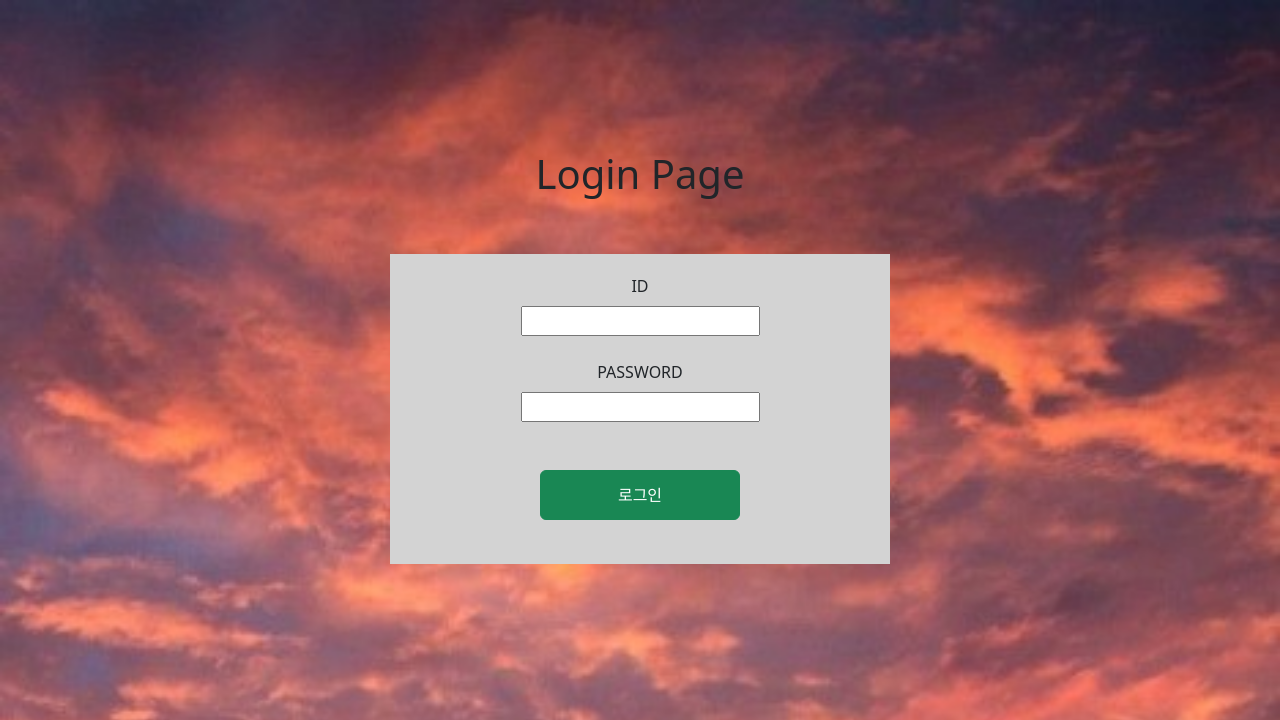
Repository: doridori890130/JSP
Page: http://localhost/jsp_project/mem/login
These files come from the project's save history. The page is drawn as it stood at one moment and after the next save; the edit follows.
The browser window is 1280 px wide. The pictures show the whole page.
The page is served by Tomcat 9. Other server files are loaded and not shown.

Above is the page before, as saved 2023-06-01 04:26:00.

### jsp_project4/jsp_project/src/main/webapp/member/login.jsp
<%@ page language="java" contentType="text/html; charset=UTF-8"
    pageEncoding="UTF-8"%>
<!DOCTYPE html>
<html>
<head>

<meta charset="UTF-8">
<!-- CSS only -->
<link href="https://cdn.jsdelivr.net/npm/bootstrap@5.2.2/dist/css/bootstrap.min.css" rel="stylesheet" integrity="sha384-Zenh87qX5JnK2Jl0vWa8Ck2rdkQ2Bzep5IDxbcnCeuOxjzrPF/et3URy9Bv1WTRi" crossorigin="anonymous">
<style type="text/css">
 body{
 	background-image: url("/img/노을.jpg");
 	background-repeat: no-repeat;
 	background-size: 100%;
 }
 H1{
 	text-align: center;
 	margin-top: 150px;
 }
 div{

 	text-align: center;
 	background-color: lightgray;
 	width: 500px;
 	height: 300px;
 	margin: auto;
 	padding-top: 10px;
 }
 button{
 	width: 200px;
 	height: 50px;
 }
</style>
<title>Insert title here</title>
</head>
<body>
	<h1>Login Page</h1>
	<br> <br>
	<div>
	<form action="/mem/login_auth" method="post" >
	<div class="mb-3">
  <label for="exampleFormControlInput1" class="form-label">ID</label> <br>
		 <input type="text" name="id" > <br> <br>
  <label for="exampleFormControlInput1" class="form-label">PASSWORD</label> <br>
		 <input type="password" name="password" > <br>
<br> <br>
		<button class="btn btn-success" type="submit" >로그인</button>
	</form>
  	</div>

	</div>
</body>
</html>

### jsp_project4/jsp_project/src/main/java/Controller/MemberController.java
package Controller;

import java.io.IOException;
import java.util.List;

import javax.servlet.RequestDispatcher;
import javax.servlet.ServletException;
import javax.servlet.annotation.WebServlet;
import javax.servlet.http.HttpServlet;
import javax.servlet.http.HttpServletRequest;
import javax.servlet.http.HttpServletResponse;
import javax.servlet.http.HttpSession;

import org.slf4j.Logger;
import org.slf4j.LoggerFactory;

import domain.MemberVO;
import service.MemberService;
import service.MemberServiceImpl;

/**
 * Servlet implementation class MemberController
 */
@WebServlet("/mem/*")
public class MemberController extends HttpServlet {
	private static final long serialVersionUID = 1L;
	private static Logger log = LoggerFactory.getLogger(MemberController.class);
	private RequestDispatcher rdp; // 웹의 목적지 주소로 객체를 전달해주는 객체
    private String destpage;
    private int isOk;
    private MemberService msv;

    public MemberController() {
        msv = new MemberServiceImpl();
    }


	protected void service(HttpServletRequest request, HttpServletResponse response) throws ServletException, IOException {
		//characterENcoding 설정
		request.setCharacterEncoding("utf-8");
		response.setCharacterEncoding("utf-8");
		response.setContentType("text/html; charset=utf-8");

		String uri = request.getRequestURI();
		log.info(">>> uri : "+uri);
		String path = uri.substring(uri.lastIndexOf("/")+1);
		log.info(">>> path : "+path);

		switch(path) {
		case "join":
			destpage="/member/join.jsp";
			break;
		case "register":
			try {
				String id = request.getParameter("id");
				String password = request.getParameter("password");
				String email = request.getParameter("email");
				int age = Integer.parseInt(request.getParameter("age"));
				MemberVO mvo = new MemberVO(id,password,email,age);
				isOk = msv.register(mvo);
			} catch (Exception e) {
				e.printStackTrace();
			}
			break;
		case "login":
			destpage="/member/login.jsp";
			break;
		case "login_auth":
			try {
				String id = request.getParameter("id");
				String password = request.getParameter("password");
				MemberVO mvo= new MemberVO(id,password);
				MemberVO loginMvo = msv.login(mvo);
				if(loginMvo != null) {
					HttpSession ses = request.getSession();
					ses.setAttribute("ses", loginMvo);
					ses.setMaxInactiveInterval(10*60);
				}else {
					request.setAttribute("msg_login", 0);
				}
				destpage="/";
			} catch (Exception e) {
				e.printStackTrace();
			}
			break;
		case "logout":
			try {
				HttpSession ses = request.getSession();
				MemberVO mvo = (MemberVO )ses.getAttribute("ses");
				String id = mvo.getId();
				isOk = msv.lastlogin(id);
				ses.invalidate();

			} catch (Exception e) {
				e.printStackTrace();
			}
			destpage="/";
			break;
		case "modify":
			destpage="/member/modify.jsp";
			break;
		case "edit" :
			try {
				MemberVO mvo = new MemberVO(
						request.getParameter("id"),
						request.getParameter("password"),
						request.getParameter("email"),
						Integer.parseInt(request.getParameter("age")),
						request.getParameter("reg_date"),
						request.getParameter("last_login"));
				isOk=msv.modify(mvo);
				if(isOk>0) {
					request.setAttribute("mvo", mvo);
					HttpSession ses = request.getSession();
					ses.setAttribute("ses", mvo);
				}
				destpage="/";
			} catch (Exception e) {
				e.printStackTrace();
			}
			break;
		case "list" :
			try {
				List<MemberVO> list = msv.getList();
				request.setAttribute("list", list);
				destpage="/member/list.jsp";
			} catch (Exception e) {
				e.printStackTrace();
			}
			break;
		case "remove":
			try {
				HttpSession ses = request.getSession();
				MemberVO reMvo = (MemberVO)ses.getAttribute("ses");
				String delId= reMvo.getId();
				isOk = msv.remove(delId);
				ses.invalidate();
				destpage="/";
			} catch (Exception e) {
				e.printStackTrace();
			}
			break;
		}


		rdp = request.getRequestDispatcher(destpage);
		rdp.forward(request, response);
	}


	protected void doGet(HttpServletRequest request, HttpServletResponse response) throws ServletException, IOException {
		service(request,response);
	}


	protected void doPost(HttpServletRequest request, HttpServletResponse response) throws ServletException, IOException {
		service(request,response);
	}

}

### jsp_project4/jsp_project/src/main/java/service/MemberServiceImpl.java
package service;

import java.util.List;

import org.slf4j.Logger;
import org.slf4j.LoggerFactory;

import domain.MemberVO;
import repository.MemberDAO;
import repository.MemberDAOImpl;

public class MemberServiceImpl implements MemberService {
	private static Logger log = LoggerFactory.getLogger(MemberServiceImpl.class);
	private MemberDAO mdao;

	public MemberServiceImpl() {
		mdao= new MemberDAOImpl();
	}

	@Override
	public int register(MemberVO mvo) {
		log.info(">>register service");
		return mdao.register(mvo);
	}

	@Override
	public MemberVO login(MemberVO mvo) {
		log.info(">>login service");
		return mdao.login(mvo);
	}

	@Override
	public int lastlogin(String id) {
		log.info(">>lastlogin service");
		return mdao.lastlogin(id);
	}

	@Override
	public int modify(MemberVO mvo) {
		log.info(">>lastlogin service");
		return mdao.modify(mvo);
	}

	@Override
	public List<MemberVO> getList() {
		log.info(">>lastlogin service");
		return mdao.list();
	}

	@Override
	public int remove(String delId) {
		log.info(">>lastlogin service");
		return mdao.remove(delId);
	}
}

### jsp_project4/jsp_project/src/main/java/repository/MemberDAO.java
package repository;

import java.util.List;

import domain.MemberVO;

public interface MemberDAO {

	int register(MemberVO mvo);

	MemberVO login(MemberVO mvo);

	int lastlogin(String id);

	int modify(MemberVO mvo);

	List<MemberVO> list();

	int remove(String delId);

}

### jsp_project4/jsp_project/src/main/java/repository/MemberDAOImpl.java
package repository;

import java.util.List;

import org.apache.ibatis.session.SqlSession;
import org.slf4j.Logger;
import org.slf4j.LoggerFactory;

import domain.MemberVO;
import orm.DatabaseBuilder;



public class MemberDAOImpl implements MemberDAO {
	private static Logger log = LoggerFactory.getLogger(MemberDAOImpl.class);
	private SqlSession sql;
	private String NS = "MemberMapper.";

	public MemberDAOImpl() {
		new DatabaseBuilder();
		sql= DatabaseBuilder.getFactory().openSession();
	}

	@Override
	public int register(MemberVO mvo) {
		int isOk=sql.insert(NS+"register",mvo);
		if(isOk>0) {
			sql.commit();
		}
		return isOk;
	}

	@Override
	public MemberVO login(MemberVO mvo) {

		return sql.selectOne(NS+"login",mvo);
	}

	@Override
	public int lastlogin(String id) {
		int isOk=sql.update(NS+"lastlogin",id);
		if(isOk>0) {
			sql.commit();
		}
		return isOk;
	}

	@Override
	public int modify(MemberVO mvo) {
		int isOk=sql.update(NS+"modify",mvo);
		if(isOk>0) {
			sql.commit();
		}
		return isOk;
	}

	@Override
	public List<MemberVO> list() {

		return sql.selectList(NS+"list");
	}

	@Override
	public int remove(String delId) {
		int isOk=sql.delete(NS+"del",delId);
		if(isOk>0) {
			sql.commit();
		}
		return isOk;
	}
}

### jsp_project4/jsp_project/src/main/java/orm/DatabaseBuilder.java
package orm;


import java.io.IOException;
import org.apache.ibatis.io.Resources;
import org.apache.ibatis.session.SqlSessionFactory;
import org.apache.ibatis.session.SqlSessionFactoryBuilder;
import org.slf4j.Logger;
import org.slf4j.LoggerFactory;

public class DatabaseBuilder {
	private static Logger log = LoggerFactory.getLogger(DatabaseBuilder.class);
	private static SqlSessionFactory factory;
	private static final String config = "orm/MybatisConfig.xml";

	static {
		try {
			factory = new SqlSessionFactoryBuilder().build(Resources.getResourceAsReader(config));

		} catch (IOException e) {
			log.info("Mybatis 설정오류");
			e.printStackTrace();
		}
	}
	public static SqlSessionFactory getFactory() {
		return factory;
	}
}

### jsp_project4/jsp_project/src/main/java/domain/MemberVO.java
package domain;

public class MemberVO {
//	create table meminfo(
//			mno int auto_increment,
//			id varchar(100),
//			password varchar(100),
//			email varchar(100),
//			age int,
//			reg_date datetime default now(),
//			last_login datetime default null,
//			primary key(mno));
	private int mno;
	private String id;
	private String password;
	private String email;
	private int age;
	private String reg_date;
	private String last_login;

	public MemberVO() {}
	//resister (id, passwor, email, age)
	public MemberVO(String id ,String password, String email, int age) {
		this.id=id;
		this.password=password;
		this.email=email;
		this.age=age;
	}

	// login
	public MemberVO(String id, String password) {
		this.id=id;
		this.password=password;
	}

	//list(id, email, age, reg_date, last_login)
	public MemberVO(String id, String email,int age,String reg_date , String last_login) {
		this.id=id;
		this.email=email;
		this.age=age;
		this.reg_date=reg_date;
		this.last_login=last_login;
	}
	//modify (password, age, email)
	public MemberVO(String password, int age, String email) {
		this.password=password;
		this.age=age;
		this.email=email;
	}
	public MemberVO(String id, String password, String email, int age, String reg_date, String last_login) {

		this.id = id;
		this.password = password;
		this.email = email;
		this.age = age;
		this.reg_date = reg_date;
		this.last_login = last_login;
	}
	public int getMno() {
		return mno;
	}
	public void setMno(int mno) {
		this.mno = mno;
	}
	public String getId() {
		return id;
	}
	public void setId(String id) {
		this.id = id;
	}
	public String getPassword() {
		return password;
	}
	public void setPassword(String password) {
		this.password = password;
	}
	public String getEmail() {
		return email;
	}
	public void setEmail(String email) {
		this.email = email;
	}
	public int getAge() {
		return age;
	}
	public void setAge(int age) {
		this.age = age;
	}
	public String getReg_date() {
		return reg_date;
	}
	public void setReg_date(String reg_date) {
		this.reg_date = reg_date;
	}
	public String getLast_login() {
		return last_login;
	}
	public void setLast_login(String last_login) {
		this.last_login = last_login;
	}
	@Override
	public String toString() {
		return "MemberVo [mno=" + mno + ", id=" + id + ", password=" + password + ", email=" + email + ", age=" + age
				+ ", reg_date=" + reg_date + ", last_login=" + last_login + "]";
	}

}

### jsp_project4/jsp_project/src/main/java/domain/BoardVO.java
package domain;

public class BoardVO {
	private int bno;
	private String title;
	private String writer;
	private String content;
	private String reg_date;
	private int read_count;
	private String image_file;

	public BoardVO() {}

	//register(title, writer, content)
	public BoardVO(String title, String writer, String content) {
		this.title = title;
		this.writer = writer;
		this.content = content;
	}
	//list(bno, title, writer, reg_date)
	public BoardVO(int bno, String title, String writer,
			String reg_date, int read_count) {
		this.bno = bno;
		this.title = title;
		this.writer = writer;
		this.reg_date = reg_date;
		this.read_count = read_count;
	}
	//detail(all)
	public BoardVO(int bno, String title, String writer, String content, String reg_date, int read_count, String image_file) {
		this.bno = bno;
		this.title = title;
		this.writer = writer;
		this.content = content;
		this.reg_date = reg_date;
		this.read_count = read_count;
		this.image_file = image_file;
	}

	//update(bno, title, content)
	public BoardVO(int bno, String title, String content) {
		this.bno = bno;
		this.title =title;
		this.content=content;
	}

	//getter/setter
	public int getBno() {
		return bno;
	}

	public void setBno(int bno) {
		this.bno = bno;
	}

	public String getTitle() {
		return title;
	}

	public int getRead_count() {
		return read_count;
	}

	public void setRead_count(int read_count) {
		this.read_count = read_count;
	}

	public void setTitle(String title) {
		this.title = title;
	}

	public String getWriter() {
		return writer;
	}

	public void setWriter(String writer) {
		this.writer = writer;
	}

	public String getContent() {
		return content;
	}

	public void setContent(String content) {
		this.content = content;
	}

	public String getReg_date() {
		return reg_date;
	}

	public void setReg_date(String reg_date) {
		this.reg_date = reg_date;
	}


	public String getImage_file() {
		return image_file;
	}

	public void setImage_file(String image_file) {
		this.image_file = image_file;
	}

	@Override
	public String toString() {
		return "BoardVO [bno=" + bno + ", title=" + title + ", writer=" + writer + ", content=" + content
				+ ", reg_date=" + reg_date + ", read_count=" + read_count + "]";
	}




}

### jsp_project4/jsp_project/src/main/java/domain/CommentVO.java
package domain;

public class CommentVO {
	private int cno;
	private int bno;
	private String writer;
	private String content;
	private String reg_date;

	public CommentVO() {}

	//post(bno, writer, content)
	public CommentVO(int bno, String writer, String content) {
	this.bno=bno;
	this.writer=writer;
	this.content=content;
	}
	//(writer, content, cno)
	public CommentVO(String writer, String content, int cno) {
	this.writer = writer;
	this.content = content;
	this.cno = cno;
	}
	//modify(cno, content)
	public CommentVO(int cno, String content) {
		this.cno = cno;
		this.content = content;
	}
	//list(bno, cno, writer, content, reg_date)
	public CommentVO(int bno, int cno, String writer, String content,
			String reg_date) {
		this(bno, writer, content);
		this.cno=cno;
		this.reg_date=reg_date;
	}

	public int getCno() {
		return cno;
	}

	public void setCno(int cno) {
		this.cno = cno;
	}

	public int getBno() {
		return bno;
	}

	public void setBno(int bno) {
		this.bno = bno;
	}

	public String getWriter() {
		return writer;
	}

	public void setWriter(String writer) {
		this.writer = writer;
	}

	public String getContent() {
		return content;
	}

	public void setContent(String content) {
		this.content = content;
	}

	public String getReg_date() {
		return reg_date;
	}

	public void setReg_date(String reg_date) {
		this.reg_date = reg_date;
	}

	@Override
	public String toString() {
		return "CommentVO [cno=" + cno + ", bno=" + bno + ", writer=" + writer + ", content=" + content + ", reg_date="
				+ reg_date + "]";
	}
}

### jsp_project4/jsp_project/src/main/java/domain/PagingVO.java
package domain;

public class PagingVO {
	private int pageNo;
	private int qty;

	private String type;
	private String keyword;

	public PagingVO() {
		this(1,10);
	}
	public PagingVO(int pageNo, int qty) {
		this.pageNo=pageNo;
		this.qty=qty;
	}

	public int getPageStart() {
		return (this.pageNo-1)*10;
	}

	public String[] gettypeToArray() {
		return this.type == null ? new String[] {} : this.type.split("");
	}
	public int getPageNo() {
		return pageNo;
	}
	public void setPageNo(int pageNo) {
		this.pageNo = pageNo;
	}
	public int getQty() {
		return qty;
	}
	public void setQty(int qty) {
		this.qty = qty;
	}
	public String getType() {
		return type;
	}
	public void setType(String type) {
		this.type = type;
	}
	public String getKeyword() {
		return keyword;
	}
	public void setKeyword(String keyword) {
		this.keyword = keyword;
	}
	@Override
	public String toString() {
		return "PagingVO [pageNo=" + pageNo + ", qty=" + qty + ", type=" + type + ", keyword=" + keyword + "]";
	}

}

After the next save:
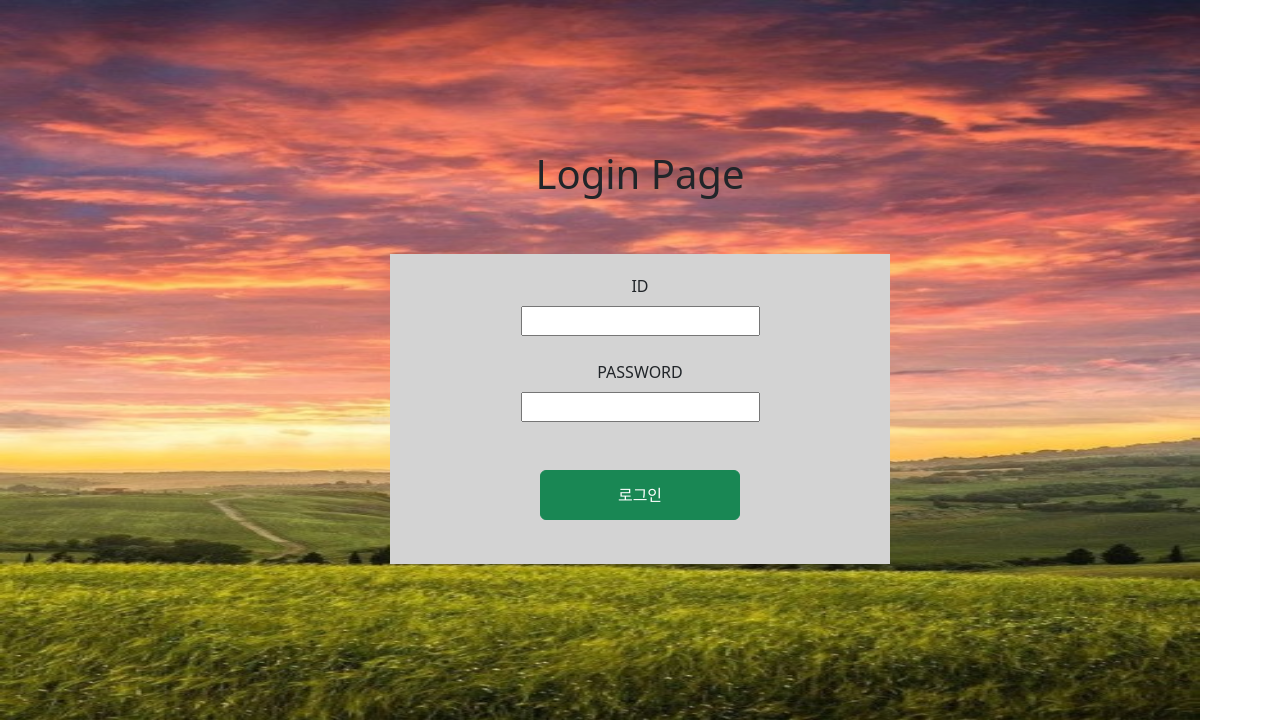
Saved 32 s later.
--- a/jsp_project4/jsp_project/src/main/webapp/member/login.jsp
+++ b/jsp_project4/jsp_project/src/main/webapp/member/login.jsp
@@ -11,7 +11,7 @@
  body{
  	background-image: url("/img/노을.jpg");
  	background-repeat: no-repeat;
- 	background-size: 100%;
+ 	background-size: 1200px 100vh;
  }
  H1{
  	text-align: center;
